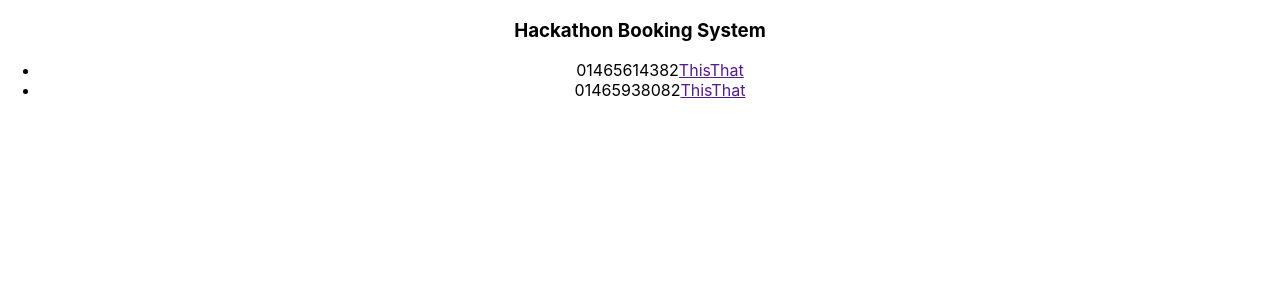
Repository: marlonguerios/onerecord_hackathon_2022
Page: /
The author's editor kept a copy of each file at every save. The page is drawn from the files as they stood at one save, then again after the next save.
The browser window is 1280 px wide. The pictures show the whole page.
The project was rebuilt for these pictures with package versions that can differ from the ones it lists, and the page was loaded fresh each time.

Above is the page before, as saved 2022-10-22 16:20:14.

After the next save:
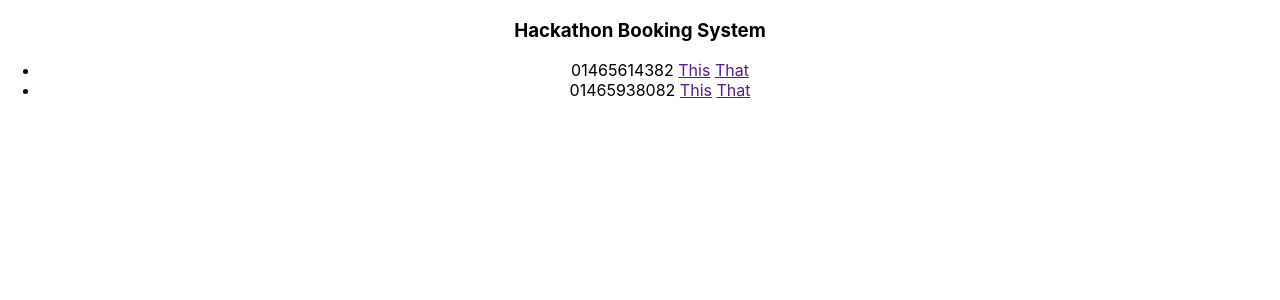
Saved 10 s later.
--- a/src/App.js
+++ b/src/App.js
@@ -16,8 +16,8 @@ function App() {
             { data.map( (awb) => {
               return <li key={awb["iata:booking:waybillNumber"]["iata:waybill:waybillNumber"]}>
                 {awb["iata:booking:waybillNumber"]["iata:waybill:waybillNumber"]}
-                <a href="">This</a>
-                <a href="">That</a>
+                &nbsp;<a href="">This</a>
+                &nbsp;<a href="">That</a>
                 </li>
             })}
             </ul>
